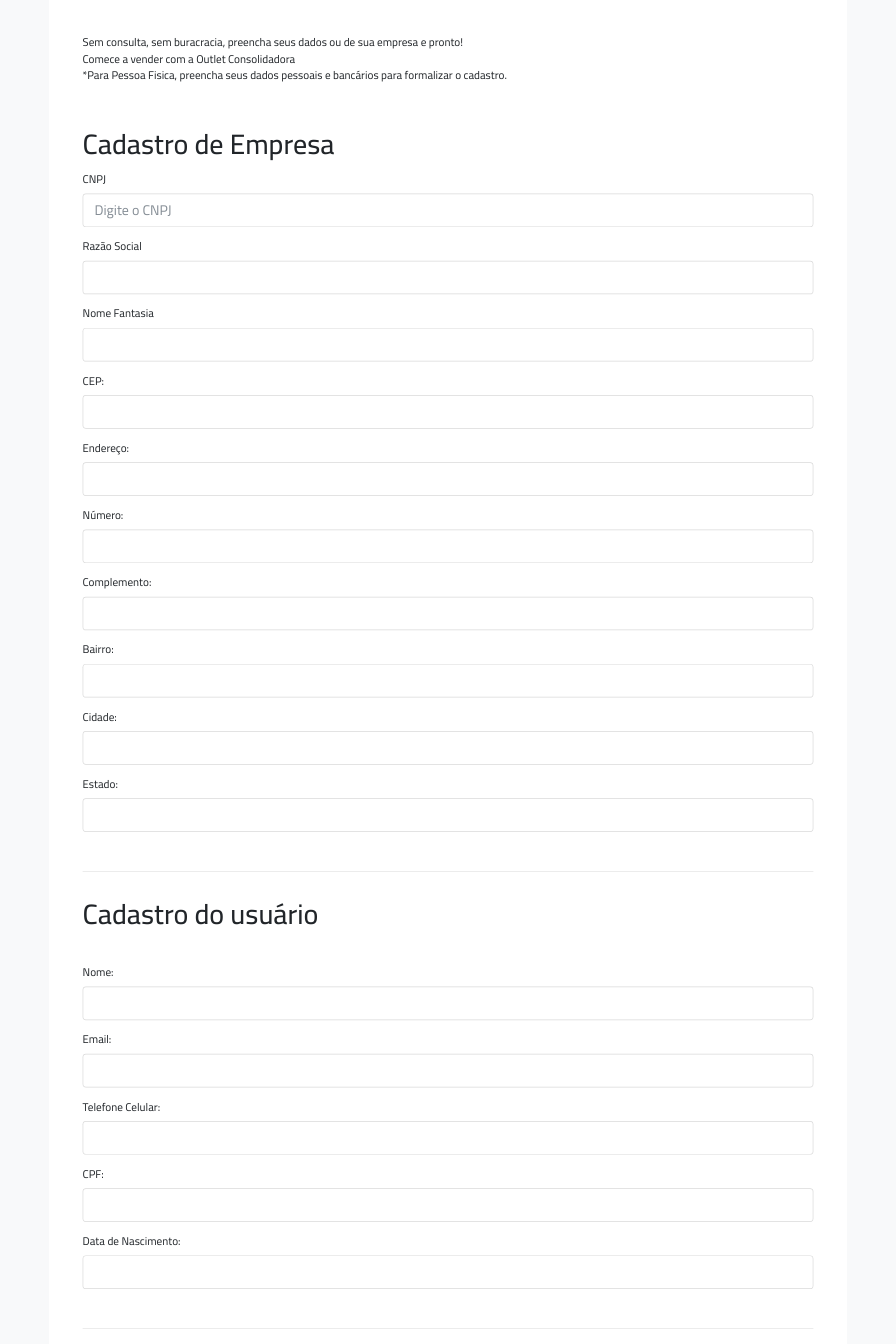
Repository: SkyTeam-Dev/Outlet_Site
Page: Site/Template_Page.html
These files come from the project's save history. The page is drawn as it stood at one moment and after the next save; the edit follows.
The browser window is 1280 px wide. The pictures show the part of the page from y = 478 to 2398 px (the page is 2711 px tall before and 2743 px after), at 70% of full size.
Some web libraries are served in a nearby version.

Above is the page before, as saved 2025-03-25 19:17:53.

After the next save:
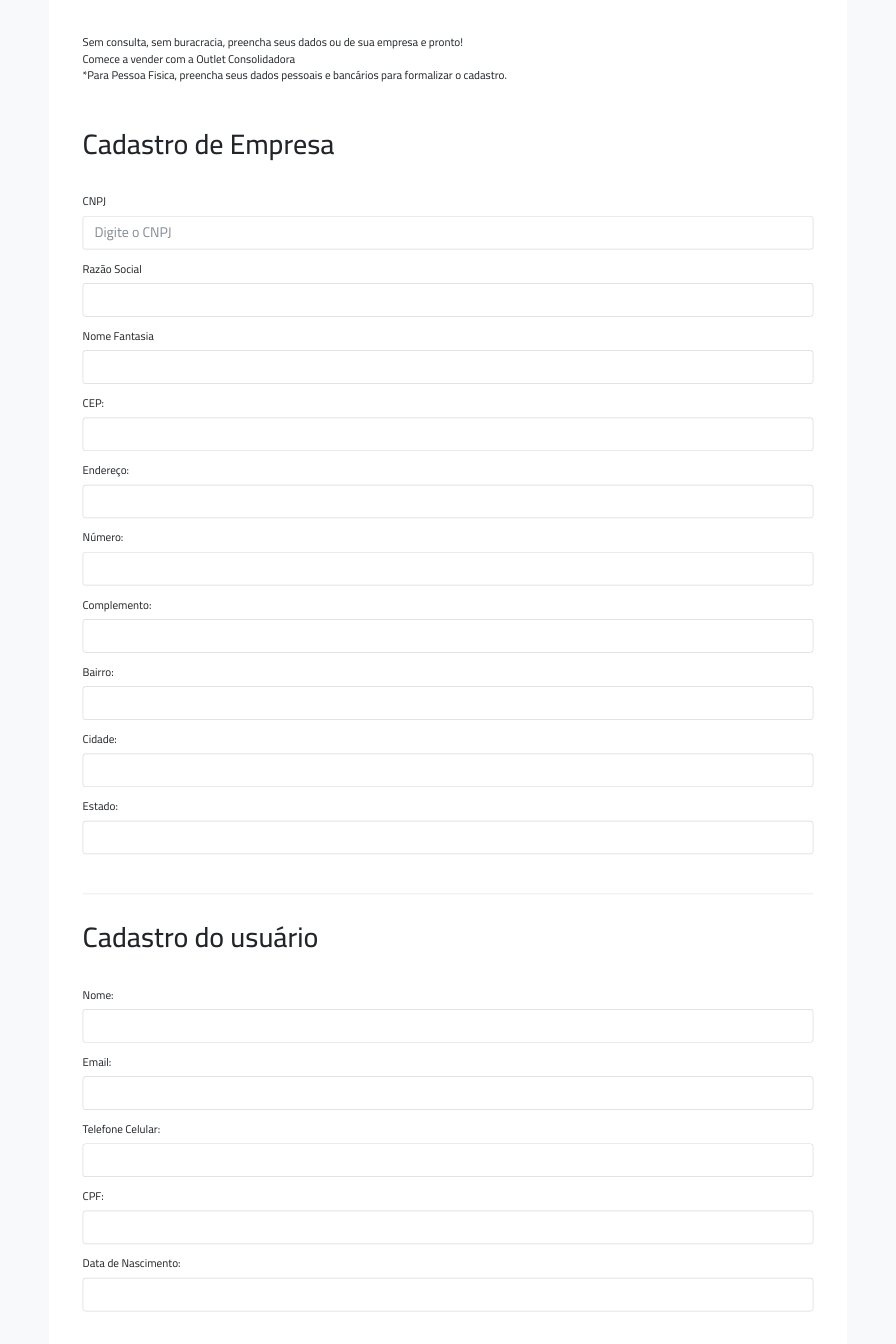
Saved 44 s later.
--- a/Site/Template_Page.html
+++ b/Site/Template_Page.html
@@ -260,7 +260,7 @@
 
                             <form action="#" class="" name="Cadastro-Outlet" id="Cadastro-Outlet">
                                 <div class="form-group">
-                                    <h1>Cadastro de Empresa</h1>
+                                    <h1 class="mb-5">Cadastro de Empresa</h1>
                                 </div>
                                 <div class="form-group">
                                     <label for="CNPJ_Busca">CNPJ</label>
